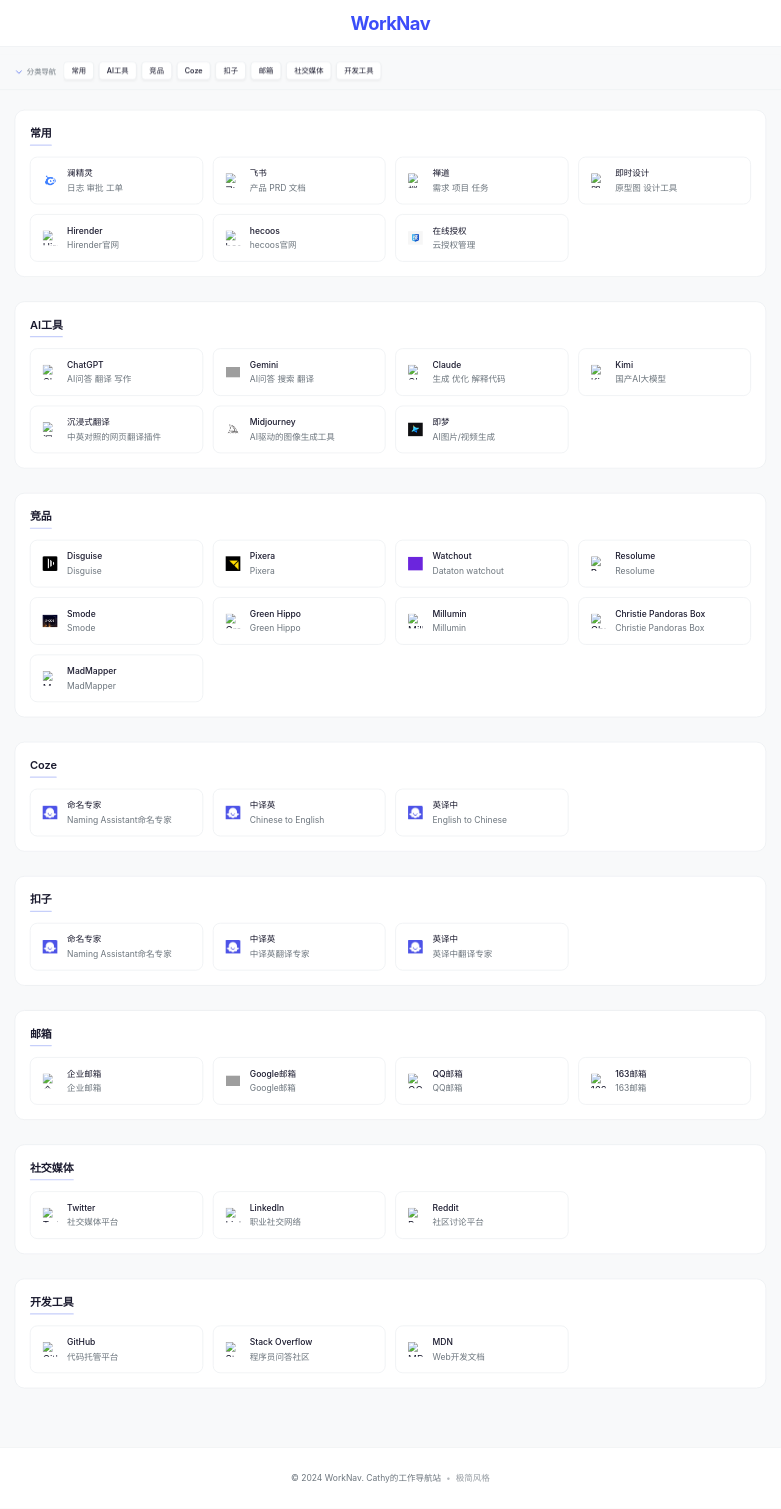
Repository: SweetPomelo0/WorkNav
Page: /
The author's editor kept a copy of each file at every save. The page is drawn from the files as they stood at one save, then again after the next save.
The browser window is 1280 px wide. The pictures show the whole page, at 61% of full size.
Pictures or frames that could not be fetched are drawn as grey boxes. The project was rebuilt for these pictures with package versions that can differ from the ones it lists, and the page was loaded fresh each time. The framework's server and built-in components were replaced by stand-ins that run in the browser. Also part of the build but not shown: next.config.ts.

Above is the page before, as saved 2025-07-26 21:38:44.

After the next save:
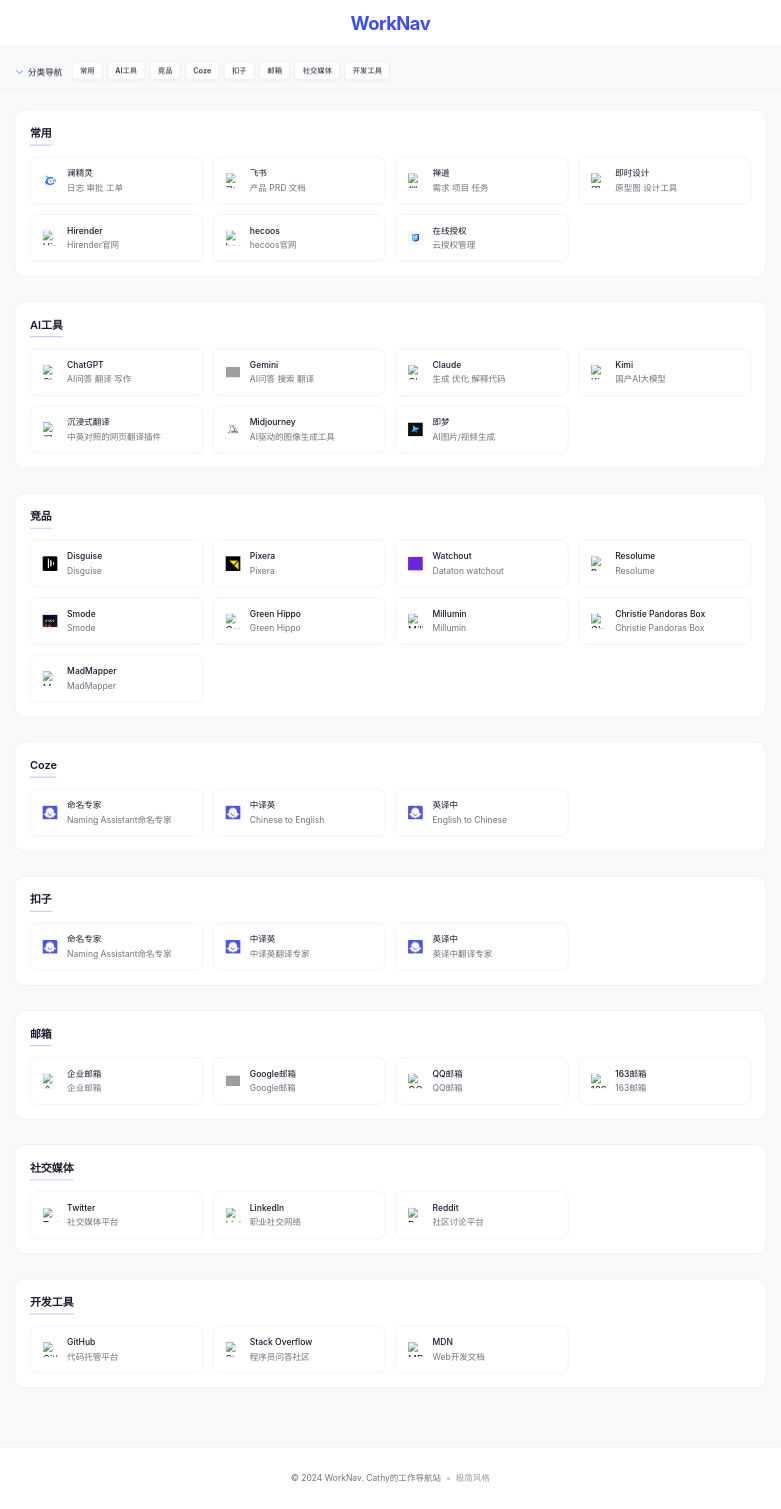
Saved 8 s later.
--- a/src/app/page.tsx
+++ b/src/app/page.tsx
@@ -100,12 +100,12 @@
       <div className="sticky top-0 z-10 mt-3" style={{ background: 'rgba(var(--background-rgb), 0.9)', borderBottom: '1px solid var(--card-border)', backdropFilter: 'blur(10px)' }}>
         <div className="max-w-7xl mx-auto px-6 py-3 overflow-x-auto">
           <div className="flex items-center">
-            <div className="flex-shrink-0 mr-3">
+            <div className="flex-shrink-0 mr-4">
               <div className="flex items-center">
-                <svg xmlns="http://www.w3.org/2000/svg" className="h-3.5 w-3.5 mr-1.5" fill="none" viewBox="0 0 24 24" stroke="currentColor" style={{ color: 'var(--accent)' }}>
+                <svg xmlns="http://www.w3.org/2000/svg" className="h-4 w-4 mr-1.5" fill="none" viewBox="0 0 24 24" stroke="currentColor" style={{ color: 'var(--accent)' }}>
                   <path strokeLinecap="round" strokeLinejoin="round" strokeWidth={2} d="M19 9l-7 7-7-7" />
                 </svg>
-                <span className="text-xs font-medium" style={{ color: 'var(--text-secondary)' }}>分类导航</span>
+                <span className="text-sm font-medium" style={{ color: 'var(--text-primary)' }}>分类导航</span>
               </div>
             </div>
             <div className="flex space-x-2 overflow-x-auto pb-1 scrollbar-thin flex-grow">
